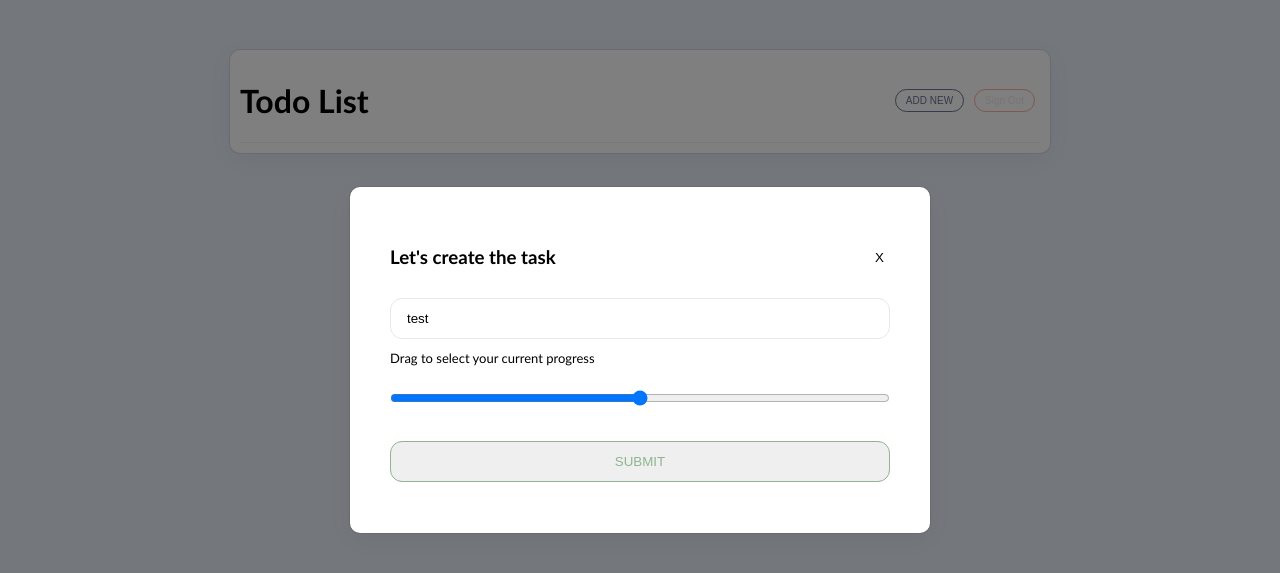
Repository: mosesvk/_todo
Page: / (app in client/), after clicking the first element matching `button.create`
An editor plug-in stored every save of this project. The page is shown before and after the next save, followed by the edit.
The browser window is 1280 px wide. The pictures show the whole page.
The page's requests for data from a server got no answer. The project was rebuilt for these pictures with package versions that can differ from the ones it lists, and the page was loaded fresh each time. No one was signed in, and anything a server would have sent is missing. Also part of the build but not shown: client/vite.config.js, client/src/components/ProgressBar.jsx, client/src/components/ListItem.jsx. Imported but missing from the stored project, and not drawn on this page: client/src/components/TickIcon.

Above is the page before, as saved 2023-05-04 14:04:13.

### client/src/App.jsx
import { useState, useEffect } from 'react'
import ListHeader from './components/ListHeader'
import ListItem from './components/ListItem'

const App = () => {
  const userEmail = 'test@test.com'
  const [tasks, setTasks] = useState(null)

  const getData = async () => {

    try {
      const response = await fetch(`http://localhost:8000/todos/${userEmail}`)
      const json = await response.json()
      setTasks(json)
    } catch (err) {
      console.error(err)
    }
  }

  useEffect(() => {
    getData()
  }, [])

  // console.log(tasks)

  const sortedTasks = tasks?.sort((a, b) => new Date(a.date) - new Date(b.date))

  return (
    <div className='app'>
      <ListHeader listName='Todo List' />
      {sortedTasks?.map((task) => <ListItem key={task.id} task={task} />)}
    </div>
  )
}

export default App

### client/src/index.css
body {
  margin: 0;
  padding: 0;
  background-color: #e9f1f9;
  display: flex;
  justify-content: center;
  font-family: 'Trebuchet MS', Arial, sans-serif;
}

.app {
  background-color: #ffffff;
  box-shadow: #0000000d 0 6px 24px, #00000014 0 0 0 1px;
  border-radius: 10px;
  padding: 10px;
  width: 800px;
  margin: 50px;
}

.button-container,
.info-container {
  display: flex;
  align-items: center;
}

.button-container button {
  margin: 0 5px;
  padding: 5px 10px;
  font-size: 10px;
  border-radius: 12px;
  background-color: transparent;
  cursor: pointer;
}


.edit {
    border: 1.5px solid #8db591;
    color: #8db591;
    text-transform: uppercase;
}

.edit:hover {
    background-color: #b6dfba;
}

.edit:active {
    border: 1.5px solid rgb(141, 181, 145);
    color: rgb(255, 255, 255);
    background-color: rgb(141, 181, 145);
}

.delete {
    border: 1.5px solid rgb(255, 175, 163);
    color: rgb(255, 175, 163);
    text-transform: uppercase;
}

.delete:hover {
    background-color: rgb(255, 201, 193);
}

.delete:active {
    background-color: rgb(255, 175, 163);
    color: rgb(255, 255, 255);
}

.create {
    border: 1.5px solid rgb(108, 115, 148);
    color: rgb(108, 115, 148);
    text-transform: uppercase;
}

.create:hover {
    background-color: rgb(131, 138, 172);
}

.create:active {
    background-color: rgb(108, 115, 148);
    color: rgb(255, 255, 255);
}

.signout {
    border: 1.5px solid rgb(255, 175, 163);
    background-color: rgb(255, 175, 163);
    color: rgb(234, 234, 234);
}

.signout:hover {
    background-color: rgb(175, 94 , 94) !important;
    border: 1.5px solid rgb(175, 94, 94);
}

.signout:active {
    border: 1.5px solid rgb(175, 81, 81);
    background-color: 1.5px solid rgb(175, 81, 81);
    color: rgb(255, 255, 255)
}


input {
    margin: 11px 0;
    padding: 12px 16px;
    border-radius: 12px;
    border: 1.5px solid rgb(230, 232, 236)
}


/* List Header  */

.list-header {
  width: 100%;
  display: flex;
  justify-content: space-between;
  border-bottom: #0000000d 1px solid;
}

.list-item {
  width: 100%;
  margin: 10px 0;
  border-radius: 10px;
  box-shadow: #00000014 0 0 0 1px;
  display: flex;
  justify-content: space-between;
}

.check {
  stroke: '#5dac83' !important;
  margin-right: 10px;
}


/* Modal  */

.overlay {
    position: absolute;
    left: 0;
    top: 0;
    width: 100vw;
    height: 100vh;
    background-color: rgba(0, 0, 0, 0.5);
    display: flex;
    justify-content: center;
    align-items: center;
}

.modal {
    width: 500px;
    background-color: rgb(255, 255, 255);
    padding: 40px;
    border-radius: 10px;
    box-shadow: rgba(0, 0, 0, 0.05) 0 6px 24px 0, rgba(0, 0, 0, 0.08) 0 0 0 1px;
}

.modal .form-title-container {
    display: flex;
    justify-content: space-between;
}

.modal .form-title-container button {
    border: none;
    background-color: transparent;
}

.modal .form-title-container button:active {
    color: rgb(255, 50, 50)
}

.modal form {
    display: flex;
    flex-direction: column;
}

.modal label {
    font-size: 13px
}

### client/src/components/ListHeader.jsx
import React from 'react'
import Modal from './Modal'
import { useState } from 'react'

const ListHeader = ({listName}) => {

  const [showModal, setShowModal] = useState(false)

  const signOut = () => {
    console.log('signout')
  }

  return (
    <div className='list-header'>
      <h1>{listName}</h1>
      <div className="button-container">
        <button className="create" onClick={() => setShowModal(true)}>Add New</button>
        <button className="signout" onClick={signOut}>Sign Out</button>
      </div>
      {showModal && <Modal mode={'create'} setShowModal={setShowModal}/>}
    </div>
  )
}

export default ListHeader

### client/src/components/Modal.jsx
import {useState} from 'react';

const Modal = ({mode, task,  setShowModal}) => {

  const editMode = mode === 'edit' ? true : false;

  const [data, setData] = useState({
    user_email: editMode ? task.user_email : 'test@test.com',
    title: editMode ? task.title : 'test',
    progress: editMode ? task.progress : 50,
    data: editMode ? '' : new Date()
  });

  const postData = async () => {
    e.preventDefault()
    console.log(user_email)
    try {
     const response = await fetch(`http://localhost:8000/todos/${user_email}`, {
        method: 'POST',
        headers: {'Content-Type': 'application/json'},
        body: JSON.stringify(data)
      })

      console.log(response)
    } catch (err) {
      console.error(err)
    }
  }

  const handleChange = (e) => {
    const { name, value } = e.target;

    setData((data) => ({
      ...data,
      [name]: value
    }));

    console.log(data)
  };

  return (
    <div className='overlay'>
      <div className='modal'>
        <div className='form-title-container'>
          <h3>Let's {mode} the task</h3>
          <button onClick={() => setShowModal(false)} >X</button>
        </div>

        <form>
          <input
            required
            maxLength={30}
            placeholder=' Your task goes here'
            name='title'
            value={data.title}
            onChange={handleChange}
          />
          <label for='range'>Drag to select your current progress</label>
          <input
            required
            id='range'
            type='range'
            min='0'
            max='100'
            name='progress'
            value={data.progress}
            onChange={handleChange}
          />
          <input className='edit' type='submit' onClick={editMode === 'create' ? postData : console.log('editMode')} />
        </form>
      </div>
    </div>
  );
};

export default Modal;

Loaded but not shown: client/index.html (common file); client/src/main.jsx (common file)

After the next save:
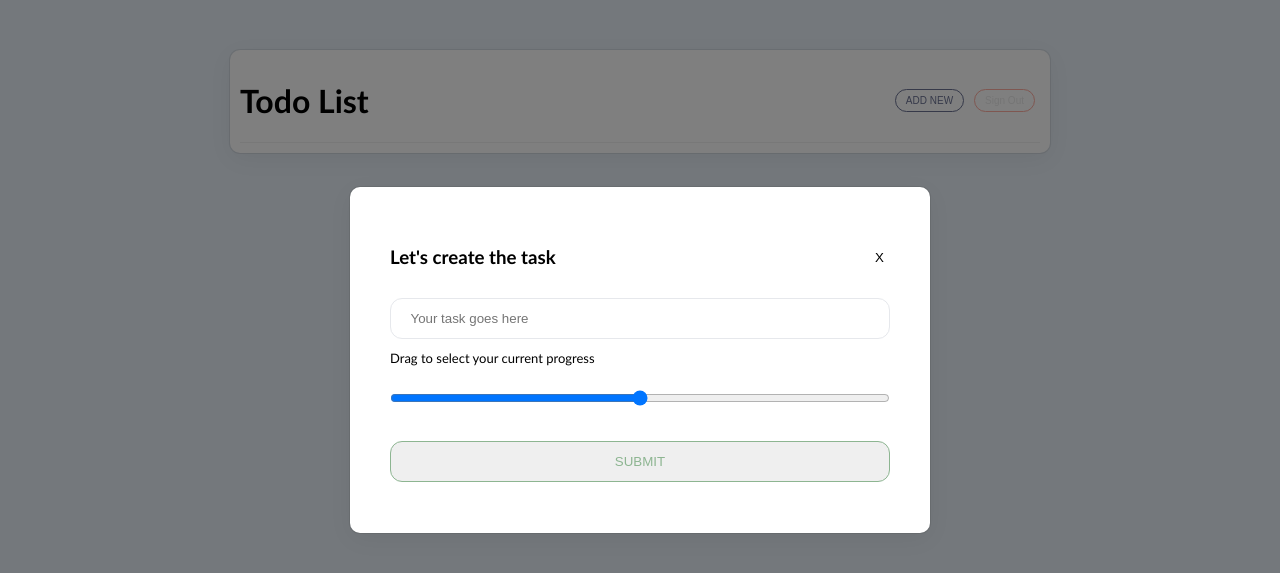
Saved 95 s later.
--- a/client/src/components/Modal.jsx
+++ b/client/src/components/Modal.jsx
@@ -6,7 +6,7 @@ const Modal = ({mode, task,  setShowModal}) => {
 
   const [data, setData] = useState({
     user_email: editMode ? task.user_email : 'test@test.com',
-    title: editMode ? task.title : 'test',
+    title: editMode ? task.title : '',
     progress: editMode ? task.progress : 50,
     data: editMode ? '' : new Date()
   });
